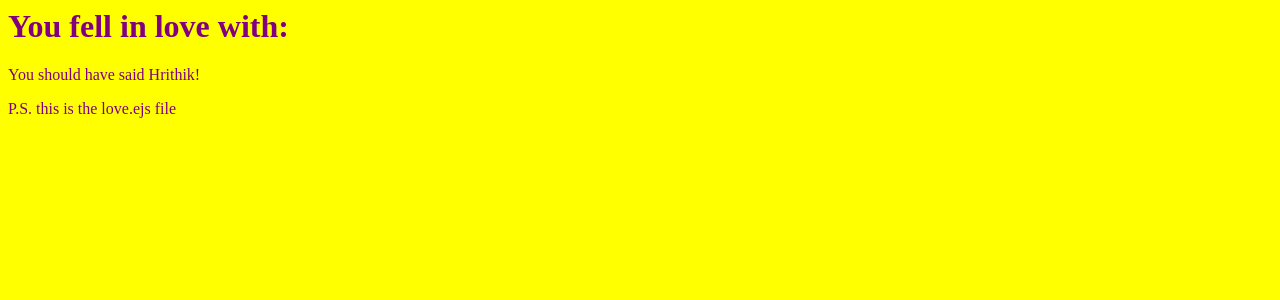
Repository: desamsetti/WebDevelopment
Page: MoreExpress/EJSDemo/views/love.ejs
The author's editor kept a record of every edit. The page is drawn from the files as they stood at one moment, then again after the next edit.
The browser window is 1280 px wide. The pictures show the whole page.
The page is served by the project's Node server (MoreExpress/EJSDemo/app.js). The template is opened directly, without the code that normally fills it, so the values that code supplies are empty.

Above is the page before.

After the next edit:
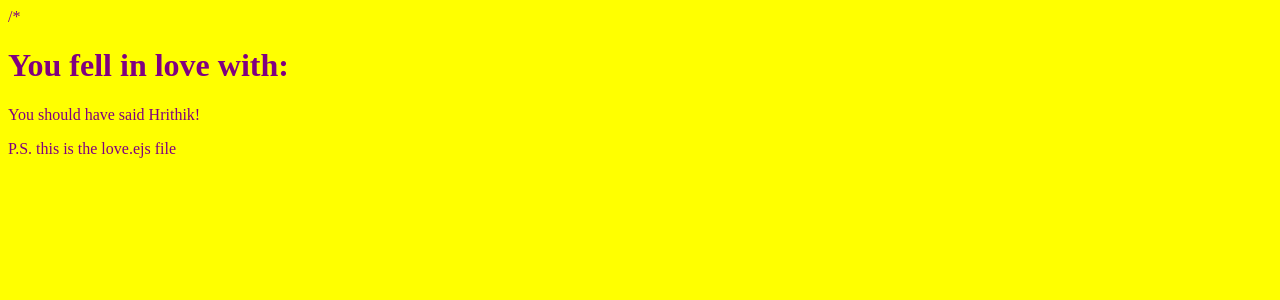
The edit:
--- a/webdevbootcamp/workspace/MoreExpress/EJSDemo/views/love.ejs
+++ b/webdevbootcamp/workspace/MoreExpress/EJSDemo/views/love.ejs
@@ -1,4 +1,4 @@
-<style>
+/*<style>
     body{
         color: purple;
     }

After the edit that followed:
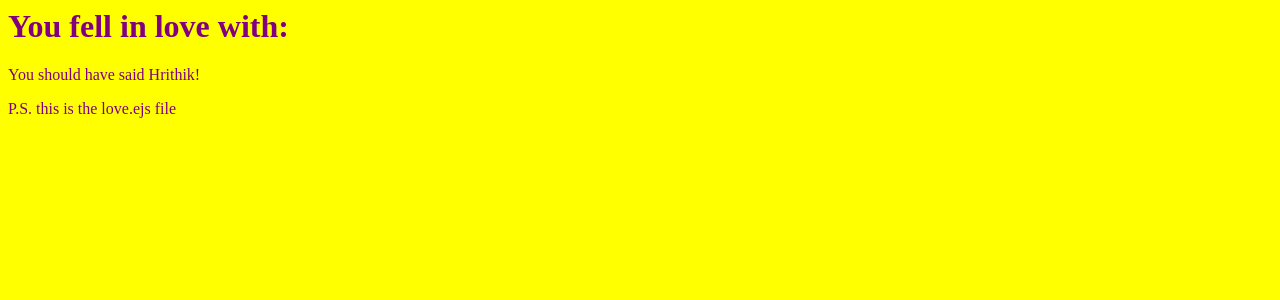
The edit:
--- a/webdevbootcamp/workspace/MoreExpress/EJSDemo/views/love.ejs
+++ b/webdevbootcamp/workspace/MoreExpress/EJSDemo/views/love.ejs
@@ -1,10 +1,6 @@
-/*<style>
-    body{
-        color: purple;
-    }
-</style>
+<link rel="stylesheet" href="app.css">
 
-<link rel="stylesheet" href="app.css">
+
 <h1>You fell in love with: <%= thingVar.toUpperCase() %></h1>
 
 
